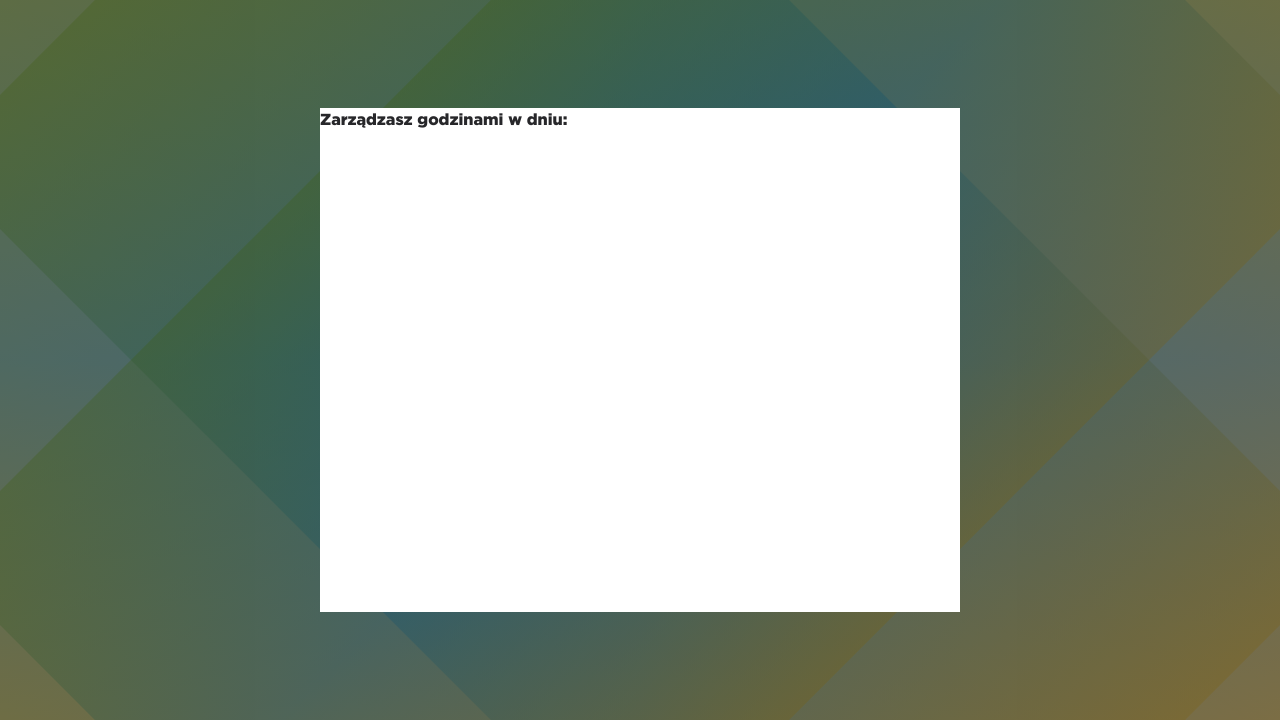
Repository: wesiudev/e-rezerwacje
Page: /dashboard
The author's editor kept a copy of each file at every save. The page is drawn from the files as they stood at one save, then again after the next save.
The browser window is 1280 px wide. The pictures show the whole page.
The page's requests for data from a server got no answer. The project was rebuilt for these pictures with package versions that can differ from the ones it lists, and the page was loaded fresh each time. The framework's server and built-in components were replaced by stand-ins that run in the browser. No one was signed in, and anything a server would have sent is missing. Also part of the build but not shown: next.config.mjs, src/components/Toast/Toasts.tsx, src/app/(dashboard)/dashboard/UserInfo.tsx, src/app/(dashboard)/components/bookings/PickNewDate.tsx, lib/convertToDate.tsx, src/app/(dashboard)/components/bookings/BookingDetails.tsx, lib/removeNumbersFromString.ts, src/app/(dashboard)/components/bookings/MonthView.tsx and 1 more.

Above is the page before, as saved 2024-07-01 23:17:33.

After the next save:
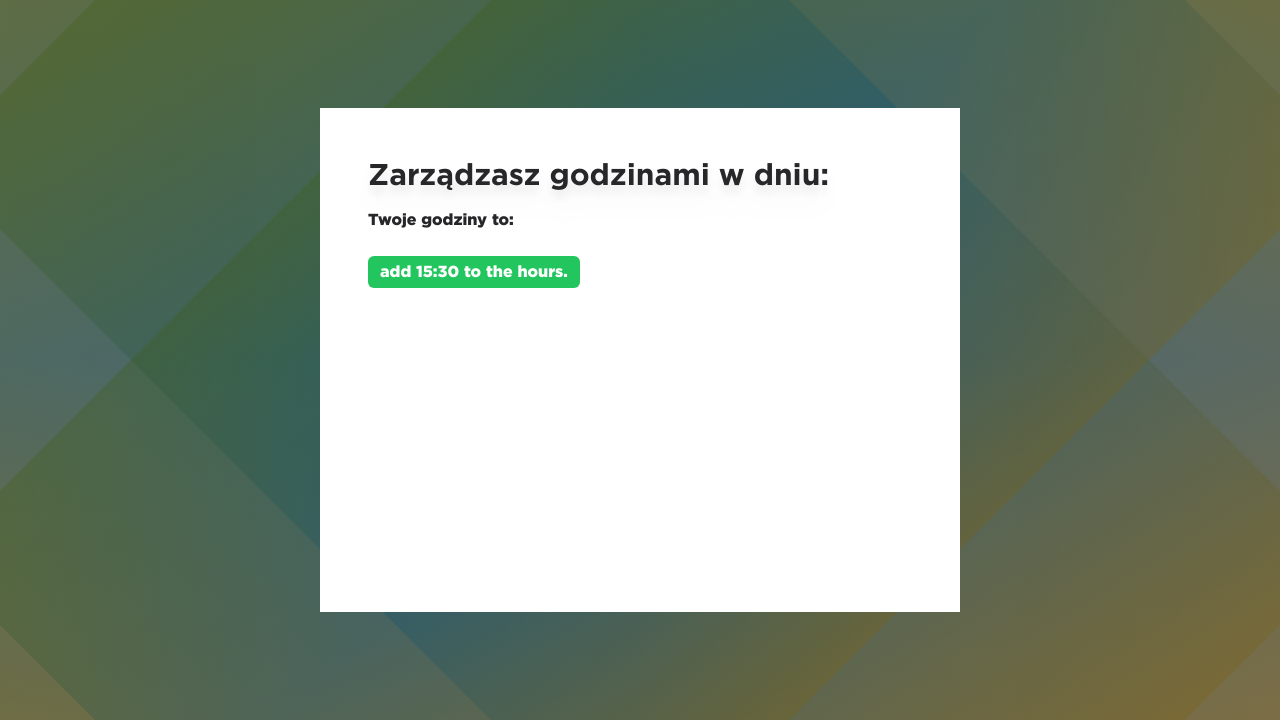
Saved 2 min 1 s later.
--- a/src/app/(dashboard)/dashboard/ChooseHoursInADay.tsx
+++ b/src/app/(dashboard)/dashboard/ChooseHoursInADay.tsx
@@ -1,18 +1,57 @@
+import { updateDocument } from "@/firebase";
 import Link from "next/link";
+import { FaTrash } from "react-icons/fa";
 
 export default function ChooseHoursInADay({
-  choosingHoursInDayIndexedByNumber,
-  setChoosingHoursInDayIndexedByNumber,
+  day,
+  setDay,
   userHours,
+  user,
 }: {
-  choosingHoursInDayIndexedByNumber: number;
-  setChoosingHoursInDayIndexedByNumber: Function;
+  day: any;
+  setDay: Function;
   userHours: any;
+  user: any;
 }) {
+  function updateUserHours() {
+    //todo here
+  }
   return (
-    <div className="fixed left-0 top-0 w-full h-full bg-black bg-opacity-50 flex items-center justify-center z-50">
-      <div className="w-[40rem] h-[70vh] overflow-y-scroll bg-white text-zinc-800">
-        <h2>Zarządzasz godzinami w dniu:</h2>
+    <div
+      onClick={() => setDay("")}
+      className="fixed left-0 top-0 w-full h-full bg-black bg-opacity-50 flex items-center justify-center z-50"
+    >
+      <div
+        onClick={(e) => {
+          e.stopPropagation();
+        }}
+      >
+        <div className="w-[40rem] h-[70vh] overflow-y-scroll bg-white text-zinc-800 p-6 xl:p-12">
+          <h2 className="text-3xl font-bold text-zinc-800 drop-shadow-xl shadow-black w-full">
+            Zarządzasz godzinami w dniu:{" "}
+            <span className="text-green-500 font-bold">{day?.name}</span>
+          </h2>
+          <div className="my-4">Twoje godziny to:</div>
+
+          {day?.hours.map((hour: any, i: any) => (
+            <div
+              key={i}
+              className="flex items-center justify-between p-3 border-2 border-black"
+            >
+              <div className="">{hour}</div>
+              <button className="group hover:text-white flex items-center p-3 border border-red-500 hover:bg-red-500 rounded-md duration-500">
+                <FaTrash className="mr-3 text-red-500 group-hover:text-white duration-500" />
+                Usuń
+              </button>
+            </div>
+          ))}
+          <button
+            onClick={() => updateUserHours()}
+            className="w-max mx-auto bg-green-500 hover:bg-green-400 text-white rounded-md px-3 p-1 mt-2"
+          >
+            add 15:30 to the hours.
+          </button>
+        </div>
       </div>
     </div>
   );
